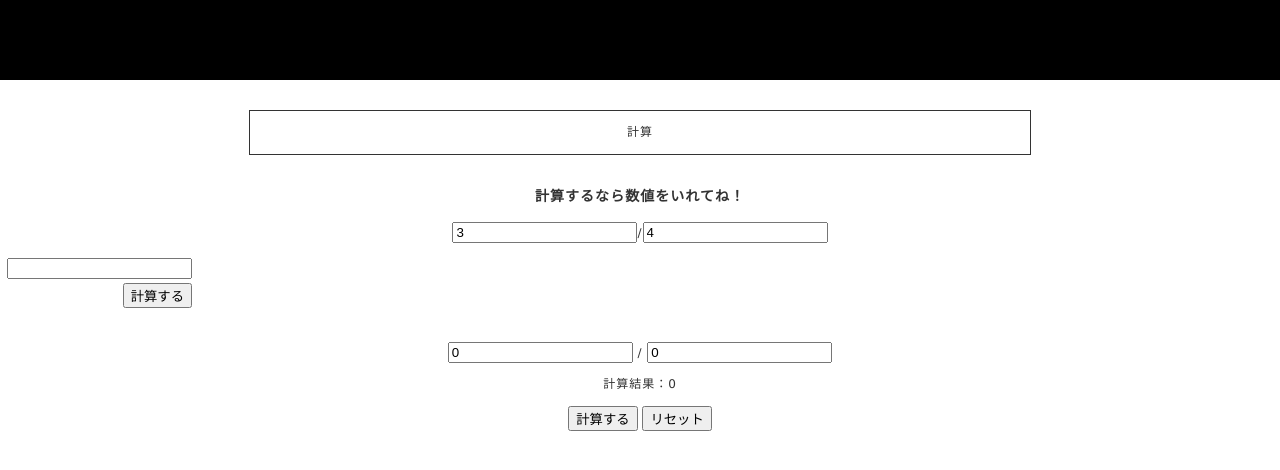
Repository: HattoriKotaro19920408/Keisanchan
Page: http://localhost/Keisanchan/keisan.jsp
The author's editor kept a copy of each file at every save. The page is drawn from the files as they stood at one save, then again after the next save.
The browser window is 1280 px wide. The pictures show the whole page.
The page is served by Tomcat 9. Other server files are loaded and not shown.

Above is the page before, as saved 2018-08-08 02:10:30.

### Keisanchan/WebContent/keisan.jsp
<%@ page language="java" contentType="text/html; charset=UTF-8"
    pageEncoding="UTF-8"%>
<%@ taglib prefix="s" uri="/struts-tags" %>
<!DOCTYPE html PUBLIC "-//W3C//DTD HTML 4.01 Transitional//EN" "http://www.w3.org/TR/html4/loose.dtd">
<html>
<head>
<meta http-equiv="Content-Type" content="text/html; charset=utf-8" />
<meta http-equiv="Content-Style-Type" content="text/css" />
<meta http-equiv="Content-Script-Type" content="text/javascript" />
<meta http-equiv="imagetoolbar" content="no" />
<meta name="description" content="" />
<meta name="keywords" content="" />

<title>計算画面</title>
<style type="text/css">
 body{
      margin:0;
      padding:0;
      line-height:1.6;
      letter-spacing:1px;
      font-family:Verdana, Helvetica, sans-serif;
      font-size:12px;
      color:#333;
      background:#fff;
   }
   table{
     text-align:center;
     margin:o auto;
   }

   #top{
     width:780px;
     margin:30px auto;
     border:1px solid #333;
   }
   #header{
     width:100%;
     height:80px;
     background-color:black;
   }
   #main{
     width:100%;
     height:500px;
     text-align:center;
   }
   #footer{
     width:100%;
     height:80px;
     background-color:black;
     clear:both;
   }
   #text-center{
      display:inline-block;
      text-align:center;
   }

</style>
</head>
<body>
<div id="header">
        <div id="pr">
        </div>
</div>
<div id = "main">
       <div id="top">
          <p>計算</p>
       </div>
       <div>
        <h3>計算するなら数値をいれてね！</h3>
          <s:form action="KeisanAction">
             <p> <input type="number" name="toki" value="3">/<input type="number" name="zikoshi" value="4"></p>
              <s:password name="loginPassword"/>
              <s:submit value="計算する"/>
       </s:form>
       <br/>
       <form method="get" action="keisanResult.jsp" oninput="result.value = Number(a.value) + Number(b.value);">

<p><input type="number" name="a" value="0"> / <input type="number" name="b" value="0"></p>

<p>計算結果：<output name="result">0</output></p>

<p><input type="submit" value="計算する"> <input type="reset" value="リセット"></p>

</form>

       <div id="text-link">

       </div>
       </div>
   </div>
</body>
</html>

After the next save:
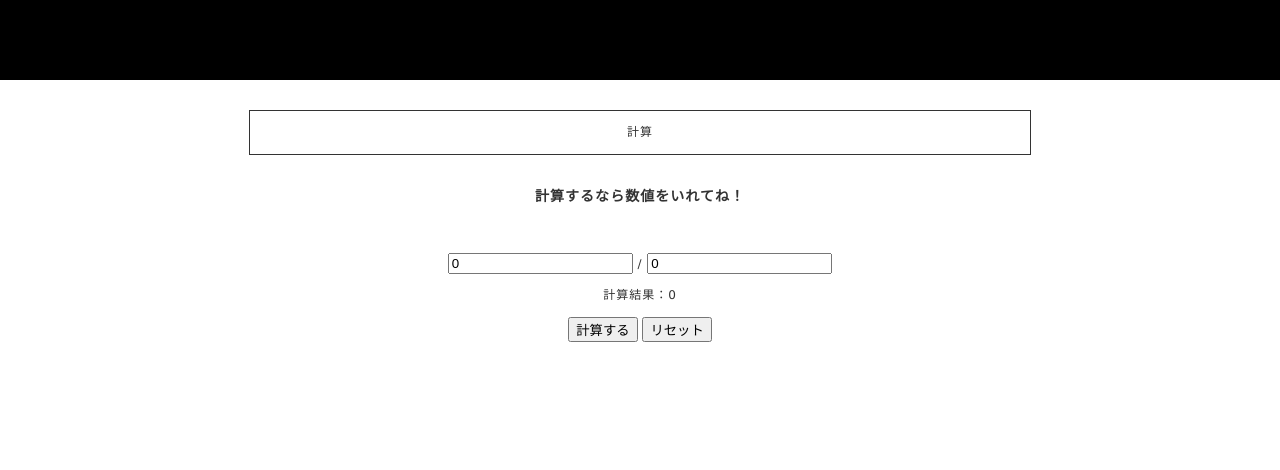
Saved 42 s later.
--- a/Keisanchan/WebContent/keisan.jsp
+++ b/Keisanchan/WebContent/keisan.jsp
@@ -67,11 +67,7 @@
        </div>
        <div>
         <h3>計算するなら数値をいれてね！</h3>
-          <s:form action="KeisanAction">
-             <p> <input type="number" name="toki" value="3">/<input type="number" name="zikoshi" value="4"></p>
-              <s:password name="loginPassword"/>
-              <s:submit value="計算する"/>
-       </s:form>
+
        <br/>
        <form method="get" action="keisanResult.jsp" oninput="result.value = Number(a.value) + Number(b.value);">
 
